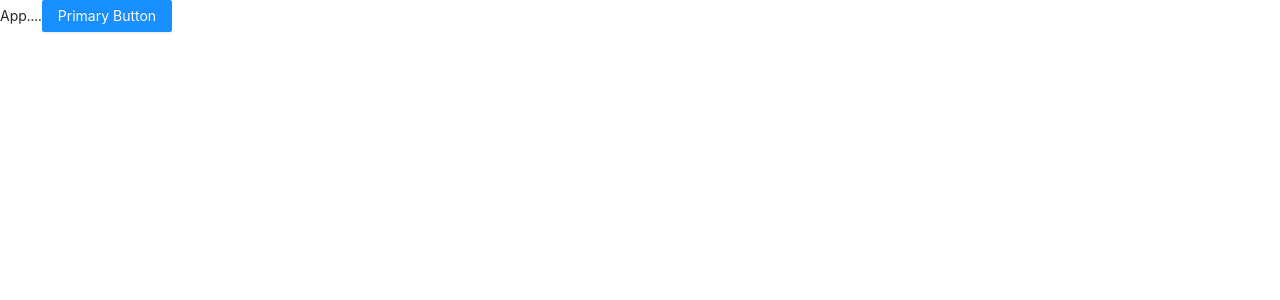
Repository: Astonishing-dreams/react-backbround
Page: /
These files come from the project's save history. The page is drawn as it stood at one moment and after the next save; the edit follows.
The browser window is 1280 px wide. The pictures show the whole page.
The project was rebuilt for these pictures with package versions that can differ from the ones it lists, and the page was loaded fresh each time. Also part of the build but not shown: src/pages/List.jsx, src/pages/Edit.jsx, src/pages/Means.jsx, src/pages/Login.jsx, src/pages/Register.jsx.

Above is the page before, as saved 2022-08-03 17:12:36.

After the next save:
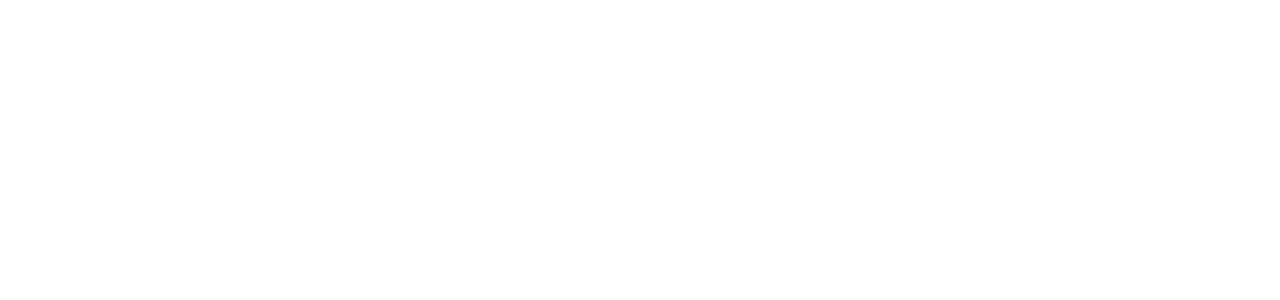
Saved 26 s later.
--- a/src/index.js
+++ b/src/index.js
@@ -1,11 +1,11 @@
 import ReactDOM from 'react-dom/client'
-import App from './App'
+import Router from './router'
 import { Provider } from 'react-redux'
 import store from './store'
 
 const root = ReactDOM.createRoot(document.getElementById('root'))
 root.render(
     <Provider store={store}>
-        <App />
+        <Router />
     </Provider>
 )

After the 4 saves that followed:
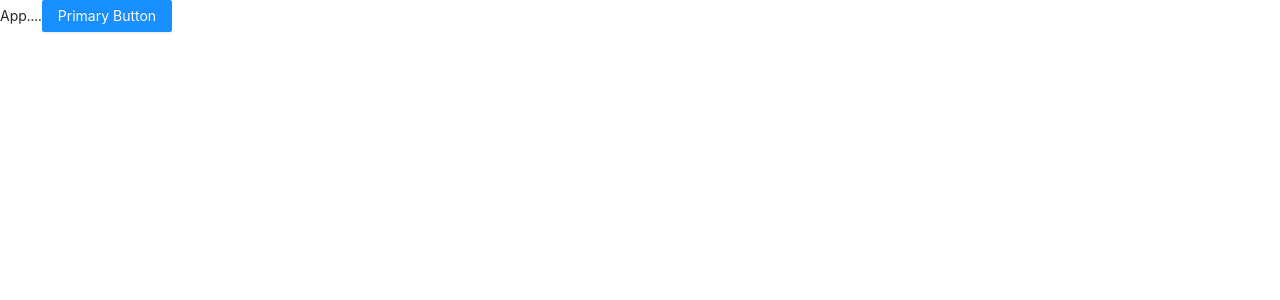
The 4 saves are shown as one change because 3 left the picture as it was.
The last was saved 2 min 38 s later.
--- a/src/index.js
+++ b/src/index.js
@@ -2,6 +2,7 @@
 import Router from './router'
 import { Provider } from 'react-redux'
 import store from './store'
+import './assets/base.css'
 
 const root = ReactDOM.createRoot(document.getElementById('root'))
 root.render(
--- a/src/App.jsx
+++ b/src/App.jsx
@@ -1,12 +1,13 @@
 import React from 'react'
-import './assets/base.css'
 import { Button } from 'antd';
+import { Outlet } from 'react-router-dom'
 
 export default function App() {
     return (
         <div>
             App....
             <Button type="primary">Primary Button</Button>
+            <Outlet></Outlet>
         </div>
     )
 }
--- a/src/router/index.jsx
+++ b/src/router/index.jsx
@@ -6,7 +6,7 @@
 import Register from '../pages/Register'
 import { BrowserRouter as Router, Route, Routes } from 'react-router-dom'
 
-const BaseRouter = () => {
+const BaseRouter = () => (
     <Router>
         <Routes>
             <Route path="/" element={<App />}>
@@ -18,5 +18,5 @@
             <Route path="/register" element={<Register />}></Route>
         </Routes>
     </Router>
-}
+)
 export default BaseRouter
